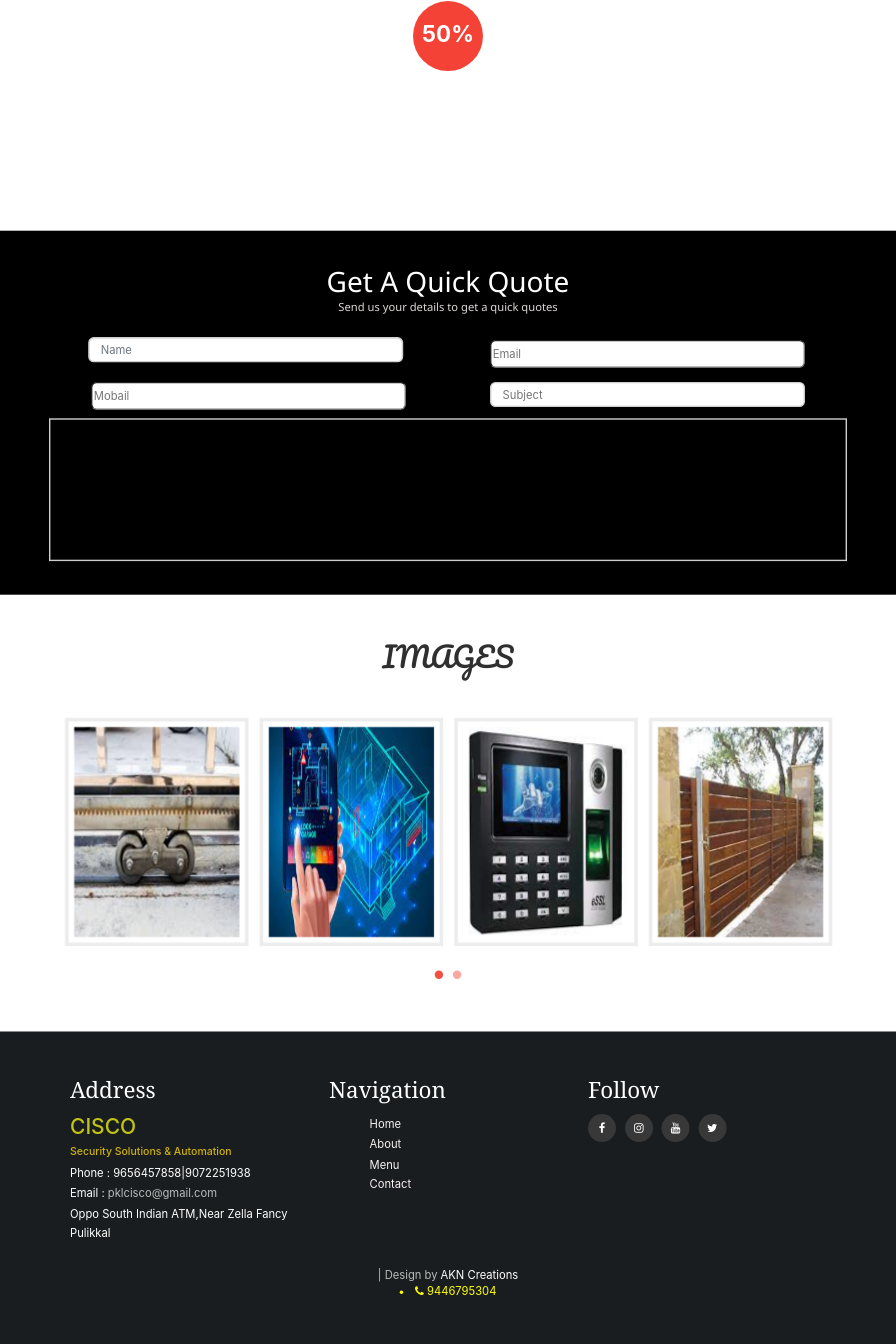
Repository: Nuhman123/Cisco
Page: index.html
An editor plug-in stored every save of this project. The page is shown before and after a run of saves, followed by the edit.
The browser window is 1280 px wide. The pictures show the part of the page from y = 2092 to 4012 px (the page is 4012 px tall before and 3988 px after), at 70% of full size.

Above is the page before, as saved 2021-04-10 16:45:47.

After the next 2 saves:
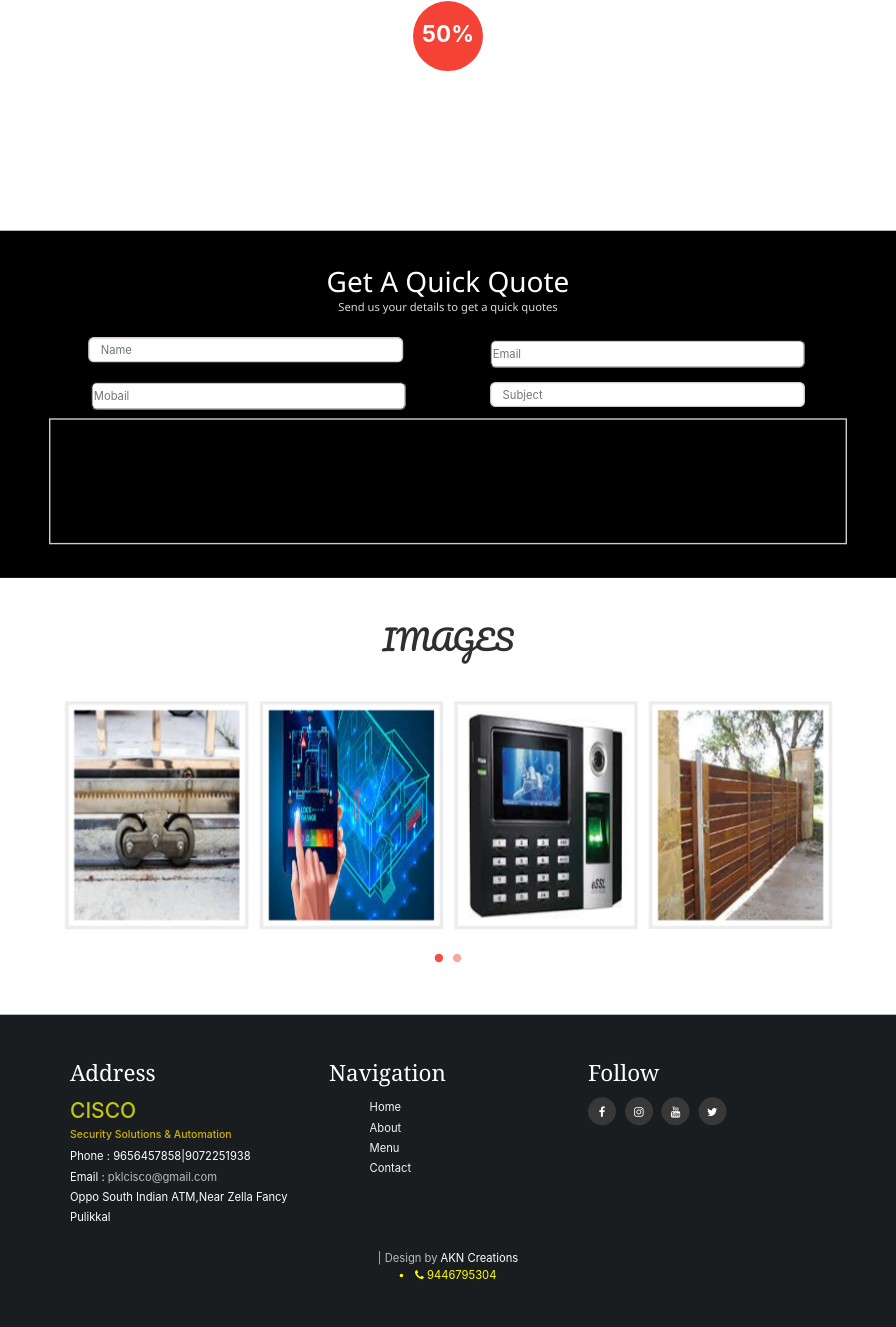
The 2 saves are shown as one change because they came seconds apart.
The last was saved 11 s later.
--- a/index.html
+++ b/index.html
@@ -336,7 +336,7 @@
 						<input type="text" placeholder="Subject" style="width: 450px;background: white;margin: 12px; height: 30px;border-radius: 8px;">
 					</div>
 					<div></div>
-					<textarea cols="30" rows="7"></textarea>
+					<textarea cols="30" rows="6"></textarea>
 
 				</div>
 			  </form>
